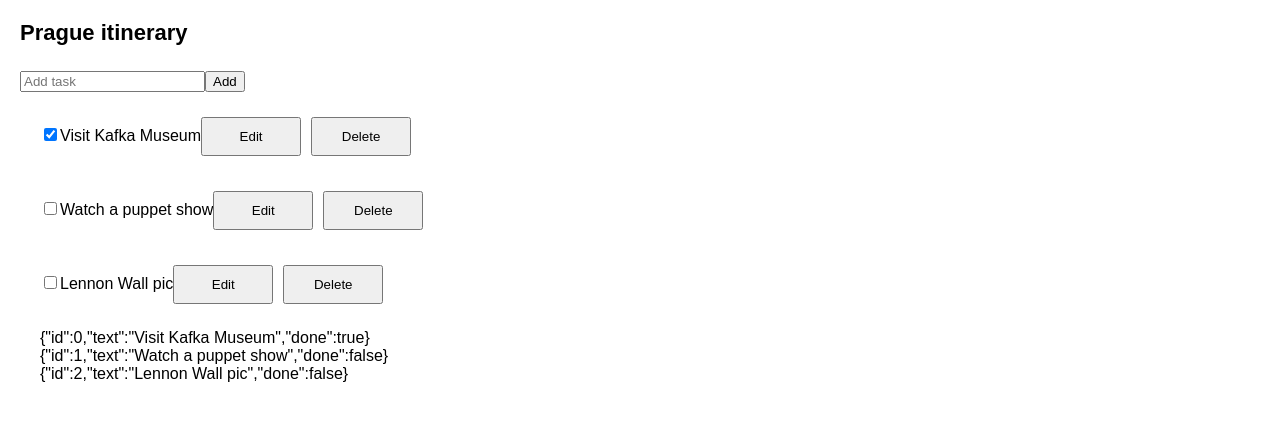
Repository: trider/my-react-app
Page: /
An editor plug-in stored every save of this project. The page is shown before and after the next save, followed by the edit.
The browser window is 1280 px wide. The pictures show the whole page.
The project was rebuilt for these pictures with package versions that can differ from the ones it lists, and the page was loaded fresh each time. Also part of the build but not shown: src/components/basic/Gallery.js, src/components/basic/Profile.js, src/components/utils.js, src/components/basic/Avatar.js, src/components/basic/GridX.js, src/components/time/Clock.js, src/components/time/Time.js, src/components/basic/ListT.js and 54 more. Imported but missing from the stored project, and not drawn on this page: src/components/stateManagement/Accoridion.

Above is the page before, as saved 2024-04-25 11:02:00.

### src/App.js
// import logo from './logo.svg';
import Gallery from './components/basic/Gallery.js';
import Profile from './components/basic/Profile.js';
import Avatar from './components/basic/Avatar.js';
import GridX from './components/basic/GridX.js';
import Time from './components/time/Time.js';
import List from './components/basic/ListT.js';
import ListP from './components/people/people.js';
import Tea from './components/basic/Tea.js';
import MyFancy from './components/fancyText/MyFancy.js';
import Interactive from './components/inveractive/interactive.js';
import State from './components/state/state.js';
import StateManagement from './components/stateManagement/StateManagement.js';

import Card from './components/basic/Card.js';

import './App.css';
import './styles.css';

const props = {
  avatar: {
    size: 100,
    person: {
      name: 'Katsuko Saruhashi',
      imageId: 'YfeOqp2'
    }
  },
  show: {
    default: {
      show:false,
      components:{
        clock: false,
        avatar: false,
        gallery: false,
        grid: false,
        profile: false,
        list: false,
        people: false,
        tea: true,
        fancy: true
      }
    },
    interactive: false,
    state: false,
    stateManagement: true



  }

}

const person = {
  name: 'Gregorio Y. Zara',
  theme: {
    backgroundColor: 'black',
    color: 'pink'
  }
};




let App = () => {
  return (
    <div>

      { props.show.default.show &&
        <div>
          {props.show.default.components.clock && <Card><Time /></Card>}
          {props.show.default.components.profile && <Card><Profile /></Card>}
          {props.show.default.components.grid && <Card><GridX /></Card>}
          {props.show.default.components.person &&
            <Card>
              <div style={person.theme}>
                <h1>{person.name}'s Todos</h1>
                <img
                  className="avatar"
                  src="https://i.imgur.com/7vQD0fPs.jpg"
                  alt="Gregorio Y. Zara"
                />
                <ul>
                  <li>Improve the videophone</li>
                  <li>Prepare aeronautics lectures</li>
                  <li>Work on the alcohol-fuelled engine</li>
                </ul>
              </div>
            </Card>
          }


            {props.show.default.components.avatar &&
              <Card>
                <div className="avatar"><Avatar {...props.avatar} /></div>
              </Card>

            }

            {props.show.default.components.list && <Card><List /></Card>}
            {props.show.default.components.gallery && <Card><Gallery /></Card>}
            {props.show.default.components.people && <Card><ListP /></Card>}
            {props.show.default.components.tea && <Card><Tea /></Card>}
            {props.show.default.components.fancy && <Card><MyFancy /></Card>}



        </div>
      }
      {props.show.interactive && <Interactive />}
      {props.show.state && <State />}
      {props.show.stateManagement && <StateManagement />}



    </div>


  );
}


export default App;

### src/components/stateManagement/StateManagement.js
import Quiz from "./Quiz";
import FeedbackForm from "./FeedBack";
import NameCheck from "./NameCheck";
import Menu from "./Snacks";
import Card from "../basic/Card";
import TravelPlan from "./places/TravelPlan";
import Accordion from "./Accoridion";
import Counter1 from "./Counters/Counters1";
import Counter2 from "./Counters/Counters2";
import Counter3 from "./Counters/Counters3";
import Counter4 from "./Counters/Counters4";
import Scoreboard from "./Counters/Counters5";
import Messenger from "./Contacts/Contacts";
import TaskApp from "./Reducers/TaskApp";

import './styles.css';
import './Counters/counters.css';
// import './places/places.css';

const props = {
 show: {
  quiz: false,
  feedBack: false,
  nameCheck: false,
  menu: false,
  travelPlan: false,
  accordion:false,
  counter1:false,
  counter2:false,
  counter3:false,
  counter4:false,
  scoreboard:false,
  messenger:false,
  taskApp:true

 }
};


const StateManagement = () => {


  return (
    <div>
     {props.show.quiz && <Quiz />}
     {props.show.feedBack && <FeedbackForm />}
     {props.show.nameCheck && <NameCheck />}
     {props.show.menu &&
      <Card>
        <Menu />
      </Card>}
      {props.show.travelPlan && <TravelPlan /> }
      {props.show.accordion &&  <Accordion />}
      {props.show.counter1 && <Counter1 />}
      {props.show.counter2 && <Counter2 />}
      {props.show.counter3 && <Counter3 />}
      {props.show.counter4 && <Counter4 />}
      {props.show.scoreboard && <Scoreboard />}
      {props.show.messenger && <Messenger />}
      {props.show.taskApp && <TaskApp />}

    </div>
  );
}

export default StateManagement;

### src/styles.css
* {
 box-sizing: border-box;
}

body {
 font-family: sans-serif;
 margin: 20px;
 padding: 0;
}

h1 {
 margin-top: 0;
 font-size: 22px;
}

h2 {
 margin-top: 0;
 font-size: 20px;
}

h3 {
 margin-top: 0;
 font-size: 18px;
}

h4 {
 margin-top: 0;
 font-size: 16px;
}

h5 {
 margin-top: 0;
 font-size: 14px;
}

h6 {
 margin-top: 0;
 font-size: 12px;
}

code {
 font-size: 1.2em;
}

ul {
 padding-inline-start: 20px;
 list-style-type: circle;
}

.card {
 width: fit-content;
 margin: 5px;
 display: block;
 margin-left: auto;
 margin-right: auto;
 padding: 5px;
 font-size: 20px;
 text-align: center;
 border: 1px solid #aaa;
 border-radius: 20px;
 background: #fff;
}
.avatar {
 margin: 20px;
 border-radius: 50%;
}

### src/components/people/people.css
* {
 box-sizing: border-box;
}

body {
 font-family: sans-serif;
 margin: 20px;
 padding: 0;
}

h1 {
 margin-top: 0;
 font-size: 22px;
}

h2 {
 margin-top: 0;
 font-size: 20px;
}

h3 {
 margin-top: 0;
 font-size: 18px;
}

h4 {
 margin-top: 0;
 font-size: 16px;
}

h5 {
 margin-top: 0;
 font-size: 14px;
}

h6 {
 margin-top: 0;
 font-size: 12px;
}

code {
 font-size: 1.2em;
}

ul {
 padding-inline-start: 20px;
}

ul { list-style-type: none; padding: 0px 10px; }
li {
 margin-bottom: 10px;
 display: grid;
 grid-template-columns: auto 1fr;
 gap: 20px;
 align-items: center;
}
img { width: 100px; height: 100px; border-radius: 50%; }

### src/components/fancyText/fancy.css
* {
 box-sizing: border-box;
}

body {
 font-family: sans-serif;
 margin: 20px;
 padding: 0;
}

h1 {
 margin-top: 0;
 font-size: 22px;
}

h2 {
 margin-top: 0;
 font-size: 20px;
}

h3 {
 margin-top: 0;
 font-size: 18px;
}

h4 {
 margin-top: 0;
 font-size: 16px;
}

h5 {
 margin-top: 0;
 font-size: 14px;
}

h6 {
 margin-top: 0;
 font-size: 12px;
}

code {
 font-size: 1.2em;
}

ul {
 padding-inline-start: 20px;
}

.fancy {
 font-family: 'Georgia';
}
.title {
 color: #007AA3;
 text-decoration: underline;
}
.cursive {
 font-style: italic;
}
.small {
 font-size: 10px;
}
.colorbox {
 height: 100px;
 width: 100px;
 margin: 8px;
}

### src/components/inveractive/interactive.css
* {
 box-sizing: border-box;
}

body {
 font-family: sans-serif;
 margin: 20px;
 padding: 0;
}

h1 {
 margin-top: 0;
 font-size: 22px;
}

h2 {
 margin-top: 5px;
 font-size: 20px;
}

h3 {
 margin-top: 0;
 font-size: 18px;
}

h4 {
 margin-top: 0;
 font-size: 16px;
}

h5 {
 margin-top: 0;
 font-size: 14px;
}

h6 {
 margin-top: 0;
 font-size: 12px;
}

code {
 font-size: 1.2em;
}

ul {
 padding-inline-start: 20px;
}

section {
 margin-bottom: 20px;
}

button {
 margin-top: 10px;
 margin-right: 10px;
 margin-bottom: 15px;
}


.Toolbar {
 background: #aaa;
 padding: 5px;
}

### src/components/state/state.css
* {
 box-sizing: border-box;
}

body {
 font-family: sans-serif;
 margin: 20px;
 padding: 0;
}

h1 {
 margin-top: 0;
 font-size: 22px;
}

h2 {
 margin-top: 0;
 font-size: 20px;
}

h3 {
 margin-top: 0;
 font-size: 18px;
}

h4 {
 margin-top: 0;
 font-size: 16px;
}

h5 {
 margin-top: 0;
 font-size: 14px;
}

h6 {
 margin-top: 0;
 font-size: 12px;
}

code {
 font-size: 1.2em;
}

ul {
 padding-inline-start: 20px;
 list-style-type: circle;
}


label, textarea { margin-bottom: 10px; display: block; }

.cardState {
 width:max-content;
 margin: 5px;
 display: block;
 /* margin-left: auto;
 margin-right: auto; */
 padding: 5px;
 font-size: 20px;
 text-align: center;
 border: 1px solid #aaa;
 border-radius: 20px;
 background: #fff;
}

### src/components/stateManagement/Reducers/TaskApp.js
import { useReducer } from 'react';
import AddTask from './AddTask.js';
import TaskList from './TaskList.js';
import tasksReducer from './tasksReducer.js';
import Card from '../../basic/Card.js';

export default function TaskApp() {
  const [tasks, dispatch] = useReducer(tasksReducer, initialTasks);

  function handleAddTask(text) {
    dispatch({
      type: 'added',
      id: nextId++,
      text: text,
    });
  }

  function handleChangeTask(task) {
    dispatch({
      type: 'changed',
      task: task,
    });
  }

  function handleDeleteTask(taskId) {
    dispatch({
      type: 'deleted',
      id: taskId,
    });
  }

  function list(tasks) {
    return <ul>
      {tasks.map((task) => (
        <li key={task.id}>
         {JSON.stringify(task)}
        </li>
      ))}
    </ul>
    ;
  }

  return (
    <>
      <h1>Prague itinerary</h1>
      <AddTask onAddTask={handleAddTask} />
      <TaskList
        tasks={tasks}
        onChangeTask={handleChangeTask}
        onDeleteTask={handleDeleteTask}
      />

      {list(tasks)}
    </>
  );
}

let nextId = 3;
const initialTasks = [
  {id: 0, text: 'Visit Kafka Museum', done: true},
  {id: 1, text: 'Watch a puppet show', done: false},
  {id: 2, text: 'Lennon Wall pic', done: false},
];

### src/components/stateManagement/styles.css
* {
 box-sizing: border-box;
}

body {
 font-family: sans-serif;
 margin: 20px;
 padding: 0;
}

h1 {
 margin-top: 0;
 font-size: 22px;
}

h2 {
 margin-top: 0;
 font-size: 20px;
}

h3 {
 margin-top: 0;
 font-size: 18px;
}

h4 {
 margin-top: 0;
 font-size: 16px;
}

h5 {
 margin-top: 0;
 font-size: 14px;
}

h6 {
 margin-top: 0;
 font-size: 12px;
}

code {
 font-size: 1.2em;
}

ul {
 padding-inline-start: 20px;
}

h3, p { margin: 5px 0px; }
.panel {
 padding: 10px;
 border: 1px solid #aaa;
}

### src/components/stateManagement/Counters/counters.css
* {
 box-sizing: border-box;
}

body {
 font-family: sans-serif;
 margin: 20px;
 padding: 0;
}

h1 {
 margin-top: 0;
 font-size: 22px;
}

h2 {
 margin-top: 0;
 font-size: 20px;
}

h3 {
 margin-top: 0;
 font-size: 18px;
}

h4 {
 margin-top: 0;
 font-size: 16px;
}

h5 {
 margin-top: 0;
 font-size: 14px;
}

h6 {
 margin-top: 0;
 font-size: 12px;
}

code {
 font-size: 1.2em;
}

ul {
 padding-inline-start: 20px;
}

label {
 display: block;
 clear: both;
}

.counter {
 width: 100px;
 text-align: center;
 border: 1px solid gray;
 border-radius: 4px;
 padding: 20px;
 margin: 0 20px 20px 0;
 float: left;
}

.hover {
 background: #ffffd8;
}

### src/components/stateManagement/places/places.css
* {
 box-sizing: border-box;
}

body {
 font-family: sans-serif;
 margin: 20px;
 padding: 0;
}

h1 {
 margin-top: 0;
 font-size: 22px;
}

h2 {
 margin-top: 0;
 font-size: 20px;
}

h3 {
 margin-top: 0;
 font-size: 18px;
}

h4 {
 margin-top: 0;
 font-size: 16px;
}

h5 {
 margin-top: 0;
 font-size: 14px;
}

h6 {
 margin-top: 0;
 font-size: 12px;
}

code {
 font-size: 1.2em;
}

ul {
 padding-inline-start: 20px;
 text-align: left;
 /* vertical-align: top; */
}

li {
 margin-bottom: 10px;
 /* vertical-align: top; */
}

### src/components/stateManagement/Contacts/contacts.css
* {
 box-sizing: border-box;
}

body {
 font-family: sans-serif;
 margin: 20px;
 padding: 0;
}

h1 {
 margin-top: 0;
 font-size: 22px;
}

h2 {
 margin-top: 0;
 font-size: 20px;
}

h3 {
 margin-top: 0;
 font-size: 18px;
}

h4 {
 margin-top: 0;
 font-size: 16px;
}

h5 {
 margin-top: 0;
 font-size: 14px;
}

h6 {
 margin-top: 0;
 font-size: 12px;
}

code {
 font-size: 1.2em;
}

ul {
 padding-inline-start: 20px;
}

.chat, .contact-list {
 float: left;
 margin-bottom: 20px;
}
ul, li {
 list-style: none;
 margin: 0;
 padding: 0;
}
li button {
 width: 100px;
 padding: 10px;
 margin-right: 10px;
}
textarea {
 height: 150px;
}

### src/components/stateManagement/Reducers/AddTask.js
import { useState } from 'react';

export default function AddTask({onAddTask}) {
  const [text, setText] = useState('');
  return (
    <>
      <input
        placeholder="Add task"
        value={text}
        onChange={(e) => setText(e.target.value)}
      />
      <button
        onClick={() => {
          setText('');
          onAddTask(text);
        }}>
        Add
      </button>
    </>
  );
}

### src/components/stateManagement/Reducers/TaskList.js
import { useState } from 'react';

export default function TaskList({tasks, onChangeTask, onDeleteTask}) {
  return (
    <ul>
      {tasks.map((task) => (
        <li key={task.id}>
          <Task task={task} onChange={onChangeTask} onDelete={onDeleteTask} />
        </li>
      ))}
    </ul>
  );
}

function Task({task, onChange, onDelete}) {
  const [isEditing, setIsEditing] = useState(false);
  let taskContent;
  if (isEditing) {
    taskContent = (
      <>
        <input
          value={task.text}
          onChange={(e) => {
            onChange({
              ...task,
              text: e.target.value,
            });
          }}
        />
        <button onClick={() => setIsEditing(false)}>Save</button>
      </>
    );
  } else {
    taskContent = (
      <>
        {task.text}
        <button onClick={() => setIsEditing(true)}>Edit</button>
      </>
    );
  }
  return (
    <label>
      <input
        type="checkbox"
        checked={task.done}
        onChange={(e) => {
          onChange({
            ...task,
            done: e.target.checked,
          });
        }}
      />
      {taskContent}
      <button onClick={() => onDelete(task.id)}>Delete</button>
    </label>
  );
}

### src/components/stateManagement/Reducers/tasksReducer.js
export default function tasksReducer(tasks, action) {
 switch (action.type) {
   case 'added': {
     return [
       ...tasks,
       {
         id: action.id,
         text: action.text,
         done: false,
       },
     ];
   }
   case 'changed': {
     return tasks.map((t) => {
       if (t.id === action.task.id) {
         return action.task;
       } else {
         return t;
       }
     });
   }
   case 'deleted': {
     return tasks.filter((t) => t.id !== action.id);
   }
   default: {
     throw Error('Unknown action: ' + action.type);
   }
 }
}

### src/components/basic/Card.js
import '../../styles.css';



const Card = ({ children }) => {
 return (
   <div className="card">
     {children}
   </div>
 );
}

export default Card;

Loaded but not shown: public/index.html (common file); src/index.js (common file); src/index.css (common file); src/reportWebVitals.js (common file)

After the next save:
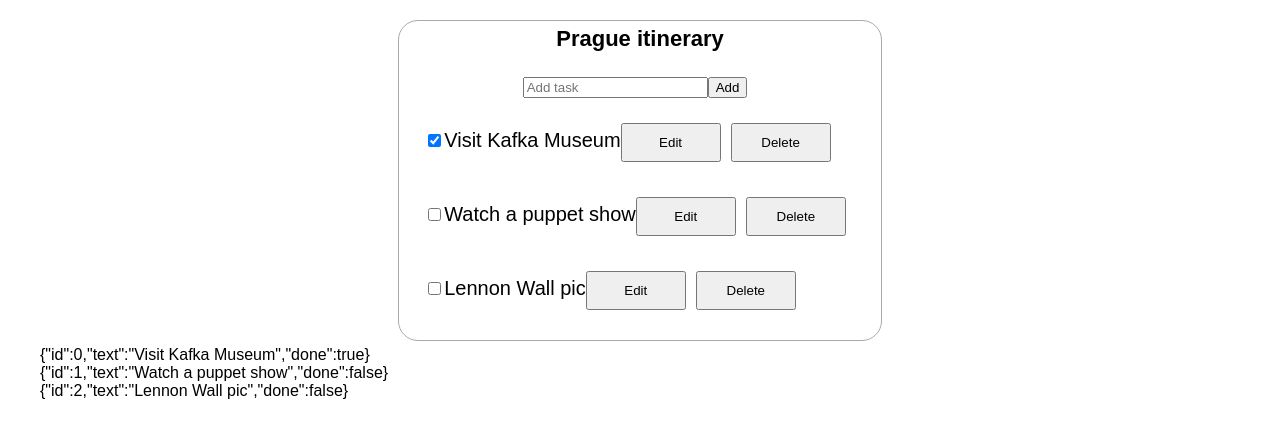
Saved 19 s later.
--- a/src/components/stateManagement/Reducers/TaskApp.js
+++ b/src/components/stateManagement/Reducers/TaskApp.js
@@ -42,6 +42,7 @@ export default function TaskApp() {
 
   return (
     <>
+      <Card>
       <h1>Prague itinerary</h1>
       <AddTask onAddTask={handleAddTask} />
       <TaskList
@@ -49,6 +50,7 @@ export default function TaskApp() {
         onChangeTask={handleChangeTask}
         onDeleteTask={handleDeleteTask}
       />
+      </Card>
 
       {list(tasks)}
     </>
